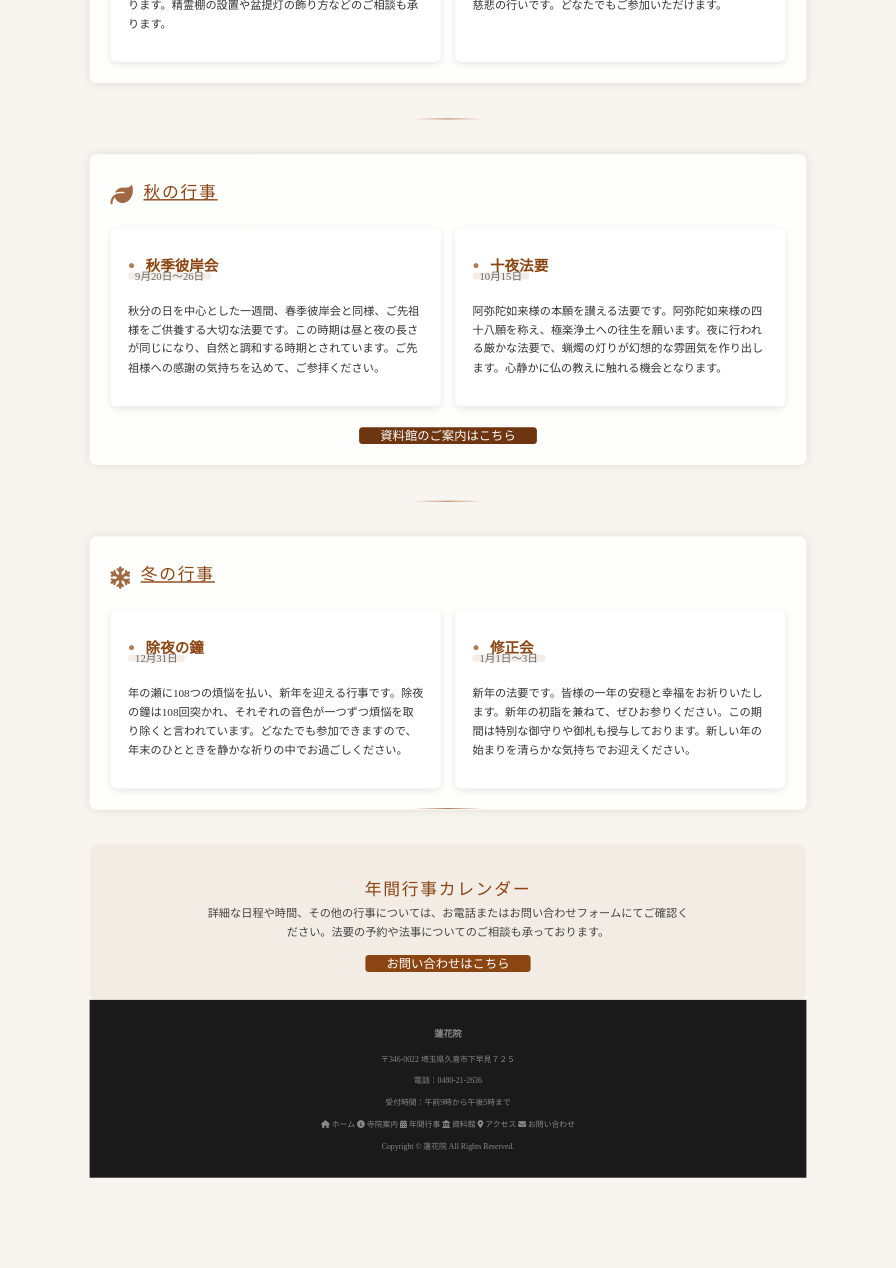
Repository: owl-onoueip/rengein-website
Page: events.html
These files come from the project's save history. The page is drawn as it stood at one moment and after the next save; the edit follows.
The browser window is 1280 px wide. The pictures show the part of the page from y = 1398 to 3318 px (the page is 3209 px tall before and 3318 px after), at 70% of full size.
Some web fonts or font styles are not loaded; a fallback is used.

Above is the page before, as saved 2025-03-10 10:58:58.

### events.html
<!DOCTYPE html>
<html lang="ja">

<head>
    <meta charset="UTF-8">
    <title>年間行事 - 真言宗智山派 蓮花院</title>
    <meta name="viewport" content="width=device-width, initial-scale=1">
    <meta name="description" content="蓮花院の年間行事のご案内です。春夏秋冬の法要や行事についてご紹介しています。">
    <link rel="stylesheet" href="css/style.css">
    <link rel="stylesheet" href="https://cdnjs.cloudflare.com/ajax/libs/font-awesome/6.4.0/css/all.min.css">
    <style>
        /* メニューボタンのスタイル */
        #menubar_hdr {
            display: block !important;
            position: fixed !important;
            z-index: 9999 !important;
            top: 10px !important;
            right: 10px !important;
            width: 80px !important;
            height: 80px !important;
            background: #fff !important;
            border: 2px solid #8b4513 !important;
            border-radius: 4px !important;
            box-shadow: 0 0 5px rgba(0, 0, 0, 0.2) !important;
            cursor: pointer !important;
            transition: all 0.3s ease !important;
        }

        #menubar_hdr:hover {
            background-color: rgba(139, 69, 19, 0.1) !important;
            transform: translateY(-3px) !important;
            box-shadow: 0 5px 10px rgba(0, 0, 0, 0.2) !important;
        }

        .menu-icon {
            width: 50px !important;
            height: 50px !important;
            position: absolute !important;
            top: 50% !important;
            left: 50% !important;
            transform: translate(-50%, -50%) !important;
        }

        .menu-icon span {
            display: block !important;
            position: absolute !important;
            width: 100% !important;
            height: 4px !important;
            background-color: #8b4513 !important;
            border-radius: 4px !important;
            transition: all 0.3s ease !important;
        }

        .menu-icon span:nth-child(1) {
            top: 15px !important;
        }

        .menu-icon span:nth-child(2) {
            width: 70% !important;
            bottom: 15px !important;
        }

        #menubar_hdr:hover .menu-icon span:nth-child(2) {
            width: 100% !important;
        }

        /* 年間行事ページのスタイル */
        .events-intro {
            text-align: center;
            max-width: 800px;
            margin: 0 auto 40px;
            background: rgba(255, 255, 255, 0.9);
            padding: 25px;
            border-radius: 10px;
            box-shadow: 0 0 15px rgba(0, 0, 0, 0.1);
        }

        .events-intro p {
            font-size: 1.1em;
            line-height: 1.8;
            margin-bottom: 15px;
        }

        .season-section {
            margin-bottom: 50px;
            padding: 30px;
            background: rgba(255, 255, 255, 0.9);
            border-radius: 10px;
            box-shadow: 0 0 15px rgba(0, 0, 0, 0.1);
        }

        .season-header {
            display: flex;
            align-items: center;
            margin-bottom: 20px;
        }

        .season-icon {
            font-size: 2em;
            color: #8b4513;
            margin-right: 15px;
            opacity: 0.8;
        }

        .season-section h3 {
            color: #8b4513;
            border-bottom: 2px solid #8b4513;
            padding-bottom: 10px;
            margin-bottom: 20px;
            font-size: 1.5em;
        }

        .event-list {
            display: grid;
            grid-template-columns: repeat(auto-fit, minmax(300px, 1fr));
            gap: 20px;
            margin-top: 20px;
        }

        .event-item {
            background: #fff;
            padding: 25px;
            border-radius: 8px;
            box-shadow: 0 3px 10px rgba(0, 0, 0, 0.1);
            transition: transform 0.3s ease, box-shadow 0.3s ease;
        }

        .event-item:hover {
            transform: translateY(-5px);
            box-shadow: 0 5px 15px rgba(0, 0, 0, 0.15);
        }

        .event-item h4 {
            color: #8b4513;
            margin-bottom: 10px;
            font-size: 1.3em;
            position: relative;
            padding-left: 25px;
        }

        .event-item h4:before {
            content: "●";
            position: absolute;
            left: 0;
            color: #8b4513;
            opacity: 0.7;
            font-size: 0.8em;
        }

        .event-date {
            color: #666;
            font-size: 0.95em;
            margin-bottom: 15px;
            padding: 5px 10px;
            background: rgba(139, 69, 19, 0.1);
            border-radius: 4px;
            display: inline-block;
        }

        .event-item p {
            line-height: 1.7;
            color: #333;
        }

        .calendar-section {
            background-color: rgba(139, 69, 19, 0.05);
            padding: 40px 0;
            margin-top: 40px;
            text-align: center;
            border-radius: 10px;
        }

        .calendar-section h3 {
            color: #8b4513;
            margin-bottom: 20px;
            font-size: 1.5em;
        }

        .calendar-section p {
            max-width: 700px;
            margin: 0 auto 20px;
            line-height: 1.7;
        }

        .contact-button {
            display: inline-block;
            background-color: #8b4513;
            color: #fff;
            padding: 12px 30px;
            border-radius: 5px;
            text-decoration: none;
            font-size: 1.1em;
            transition: all 0.3s ease;
        }

        .contact-button:hover {
            background-color: #6d3610;
            transform: translateY(-3px);
            box-shadow: 0 5px 15px rgba(0, 0, 0, 0.1);
        }

        @media screen and (max-width: 768px) {
            .event-list {
                grid-template-columns: 1fr;
            }

            .season-section {
                padding: 20px;
            }

            .events-intro {
                padding: 20px;
            }
        }
    </style>
</head>

<body>
    <div id="container">
        <header>
            <h1 id="logo"><a href="index.html"><img src="images/logo_tate.png" alt="蓮花院"></a></h1>
        </header>

        <div id="contents">
            <main>
                <h2>年間行事<span class="small">Annual Events</span></h2>

                <div class="events-intro">
                    <p>蓮花院では、年間を通じて様々な仏教行事や法要を執り行っております。これらの行事は仏教の教えに基づき、皆様の心の安らぎと成長を願って行われます。</p>
                    <p>どなたでもご参加いただけますので、お気軽にお越しください。詳細な日程や時間については、お電話またはお問い合わせフォームにてご確認ください。</p>
                </div>

                <section id="spring" class="season-section">
                    <div class="season-header">
                        <div class="season-icon">
                            <i class="fas fa-seedling"></i>
                        </div>
                        <h3>春の行事</h3>
                    </div>
                    <div class="event-list">
                        <div class="event-item">
                            <h4>春季彼岸会</h4>
                            <div class="event-date">3月18日〜24日</div>
                            <p>春分の日を中心とした一週間、ご先祖様をご供養する大切な法要です。彼岸とは、迷いの世界である此岸から、悟りの世界である彼岸へ渡ることを意味します。期間中は本堂にて読経を行い、ご先祖様の冥福をお祈りいたします。
                            </p>
                        </div>
                        <div class="event-item">
                            <h4>花まつり</h4>
                            <div class="event-date">4月8日</div>
                            <p>お釈迦様の誕生日を祝う行事です。甘茶の接待があり、お釈迦様の誕生仏に甘茶をかけて祝います。子どもたちも参加できる楽しい行事となっております。この日に参拝すると、一年の無病息災が約束されると言われています。
                            </p>
                        </div>
                    </div>
                </section>

                <section id="summer" class="season-section">
                    <div class="season-header">
                        <div class="season-icon">
                            <i class="fas fa-sun"></i>
                        </div>
                        <h3>夏の行事</h3>
                    </div>
                    <div class="event-list">
                        <div class="event-item">
                            <h4>お盆法要</h4>
                            <div class="event-date">8月13日〜16日</div>
                            <p>ご先祖様の霊がこの世に戻ってくるとされるお盆の期間、ご先祖様の供養を行います。期間中は本堂にて読経を行い、ご供養いたします。ご家族でのご参拝をお待ちしております。精霊棚の設置や盆提灯の飾り方などのご相談も承ります。
                            </p>
                        </div>
                        <div class="event-item">
                            <h4>施餓鬼会</h4>
                            <div class="event-date">8月15日</div>
                            <p>無縁仏や餓鬼道に堕ちた霊を供養し、世界平和を祈願する法要です。「施餓鬼」とは「餓鬼に施す」という意味で、飢えに苦しむ霊に食べ物を与え、苦しみから解放するという慈悲の行いです。どなたでもご参加いただけます。
                            </p>
                        </div>
                    </div>
                </section>

                <section id="autumn" class="season-section">
                    <div class="season-header">
                        <div class="season-icon">
                            <i class="fas fa-leaf"></i>
                        </div>
                        <h3>秋の行事</h3>
                    </div>
                    <div class="event-list">
                        <div class="event-item">
                            <h4>秋季彼岸会</h4>
                            <div class="event-date">9月20日〜26日</div>
                            <p>秋分の日を中心とした一週間、春季彼岸会と同様、ご先祖様をご供養する大切な法要です。この時期は昼と夜の長さが同じになり、自然と調和する時期とされています。ご先祖様への感謝の気持ちを込めて、ご参拝ください。
                            </p>
                        </div>
                        <div class="event-item">
                            <h4>十夜法要</h4>
                            <div class="event-date">10月15日</div>
                            <p>阿弥陀如来様の本願を讃える法要です。阿弥陀如来様の四十八願を称え、極楽浄土への往生を願います。夜に行われる厳かな法要で、蝋燭の灯りが幻想的な雰囲気を作り出します。心静かに仏の教えに触れる機会となります。
                            </p>
                        </div>
                    </div>
                    <div style="text-align: center; margin-top: 30px;">
                        <a href="museum.html" class="contact-button" style="background-color: #6d3610;">資料館のご案内はこちら</a>
                    </div>
                </section>

                <section id="winter" class="season-section">
                    <div class="season-header">
                        <div class="season-icon">
                            <i class="fas fa-snowflake"></i>
                        </div>
                        <h3>冬の行事</h3>
                    </div>
                    <div class="event-list">
                        <div class="event-item">
                            <h4>除夜の鐘</h4>
                            <div class="event-date">12月31日</div>
                            <p>年の瀬に108つの煩悩を払い、新年を迎える行事です。除夜の鐘は108回突かれ、それぞれの音色が一つずつ煩悩を取り除くと言われています。どなたでも参加できますので、年末のひとときを静かな祈りの中でお過ごしください。
                            </p>
                        </div>
                        <div class="event-item">
                            <h4>修正会</h4>
                            <div class="event-date">1月1日〜3日</div>
                            <p>新年の法要です。皆様の一年の安穏と幸福をお祈りいたします。新年の初詣を兼ねて、ぜひお参りください。この期間は特別な御守りや御札も授与しております。新しい年の始まりを清らかな気持ちでお迎えください。
                            </p>
                        </div>
                    </div>
                </section>

                <section class="calendar-section">
                    <h3>年間行事カレンダー</h3>
                    <p>詳細な日程や時間、その他の行事については、お電話またはお問い合わせフォームにてご確認ください。法要の予約や法事についてのご相談も承っております。</p>
                    <a href="contact.html" class="contact-button">お問い合わせはこちら</a>
                </section>
            </main>
        </div>

        <footer>
            <div class="container">
                <div class="footer-content">
                    <div class="footer-info">
                        <h3 class="footer-title">蓮花院</h3>
                        <div class="footer-address">
                            <p>〒346-0022 埼玉県久喜市下早見７２５</p>
                            <p>電話：0480-21-2636</p>
                            <p>受付時間：午前9時から午後5時まで</p>
                        </div>
                    </div>

                    <div class="footer-links">
                        <a href="index.html"><i class="fas fa-home"></i> ホーム</a>
                        <a href="about.html"><i class="fas fa-info-circle"></i> 寺院案内</a>
                        <a href="events.html"><i class="fas fa-calendar-alt"></i> 年間行事</a>
                        <a href="museum.html"><i class="fas fa-landmark"></i> 資料館</a>
                        <a href="about.html#access"><i class="fas fa-map-marker-alt"></i> アクセス</a>
                        <a href="contact.html"><i class="fas fa-envelope"></i> お問い合わせ</a>
                    </div>
                </div>

                <div class="footer-copyright">
                    <p>Copyright &copy; <a href="index.html">蓮花院</a> All Rights Reserved.</p>
                </div>
            </div>
        </footer>

        <div class="pagetop"><a href="#"><i class="fas fa-angle-double-up"></i></a></div>

        <!--ハンバーガーメニュー-->
        <a href="menu.html">
            <div id="menubar_hdr">
                <div class="menu-icon">
                    <span></span>
                    <span></span>
                </div>
            </div>
        </a>
    </div>

    <script src="https://ajax.googleapis.com/ajax/libs/jquery/3.6.0/jquery.min.js"></script>
    <script src="js/main.js"></script>
</body>

</html>

### css/inview.css
@charset "utf-8";



/*up,down,transform1,transform2の共通設定
（待機中の設定）
---------------------------------------------------------------------------*/
.up, .down, .transform1, .transform2 {
	position: relative;
	opacity: 0;		/*透明度（透明の状態）*/
}


/*up,down,transform1,transform2の共通設定
（要素が見えたら実行するアクションの設定）
---------------------------------------------------------------------------*/
.upstyle, .downstyle, .transform1style, .transform2style {
	opacity: 1;				/*透明度（色が100%出た状態）*/
	transition: 1s 0.5s;	/*1sはアニメーションの実行時間1.5秒。0.5sは0.5秒遅れてスタートする指定。*/
}


/*upスタイル。下から上にフェードインしてくるスタイル
---------------------------------------------------------------------------*/
/*待機中の設定*/
.up {
	bottom: -20px;	/*基準値の下20pxの場所からスタート*/
}

/*要素が見えたら実行するアクション*/
.upstyle {
	bottom: 0px;	/*基準値まで戻す*/
}


/*downスタイル。上から下にフェードインしてくるスタイル
---------------------------------------------------------------------------*/
/*待機中の設定*/
.down {
	top: -20px;	/*基準値の上20pxの場所からスタート*/
}

/*要素が見えたら実行するアクション*/
.downstyle {
	top: 0px;	/*基準値まで戻す*/
}


/*transform1スタイル。その場で回転するスタイル
---------------------------------------------------------------------------*/
/*待機中の設定*/
.transform1 {
	transform: scaleX(0);	/*幅を0%でスタート*/
}

/*要素が見えたら実行するアクション*/
.transform1style {
	transform: scaleX(1);	/*幅を100%に戻す*/
}


/*transform2スタイル。倒れた状態から起き上がるスタイル
---------------------------------------------------------------------------*/
/*待機中の設定*/
.transform2 {
	transform: perspective(400px) translateZ(-70px) rotateX(50deg);
}

/*要素が見えたら実行するアクション*/
.transform2style {
	transform: perspective(400px) translateZ(0px) rotateX(0deg);
}


/*blurスタイル。ぼかしで出現するスタイル。
---------------------------------------------------------------------------*/
/*待機中の設定*/
.blur {
	opacity: 0;	/*透明度（透明の状態）*/
	filter: blur(30px);
	transform: scale(1.03);
}

/*要素が見えたら実行するアクション*/
.blurstyle {
	opacity: 1;
	filter: blur(0);
	transform: scale(1);
	transition: 1s 0.5s;
}


/*transform3スタイル。小さなサイズから原寸大になるスタイル
---------------------------------------------------------------------------*/
/*キーフレーム（アニメーション）設定*/
@keyframes transform3 {
0% {
	transform: scale(0);
}
50% {
	transform: scale(1.05);
}
70% {
	transform: scale(0.99);
}
100% {
	transform: scale(1);
}
}

/*待機中の設定*/
.transform3 {
	transform: scale(0);
}

/*要素が見えたら実行するアクション*/
.transform3style {
	animation: transform3 0.8s ease-out 0.5s both;
}

Loaded but not shown: js/main.js (54 lines, source omitted); css/style.css (1465 lines, source omitted)

After the next save:
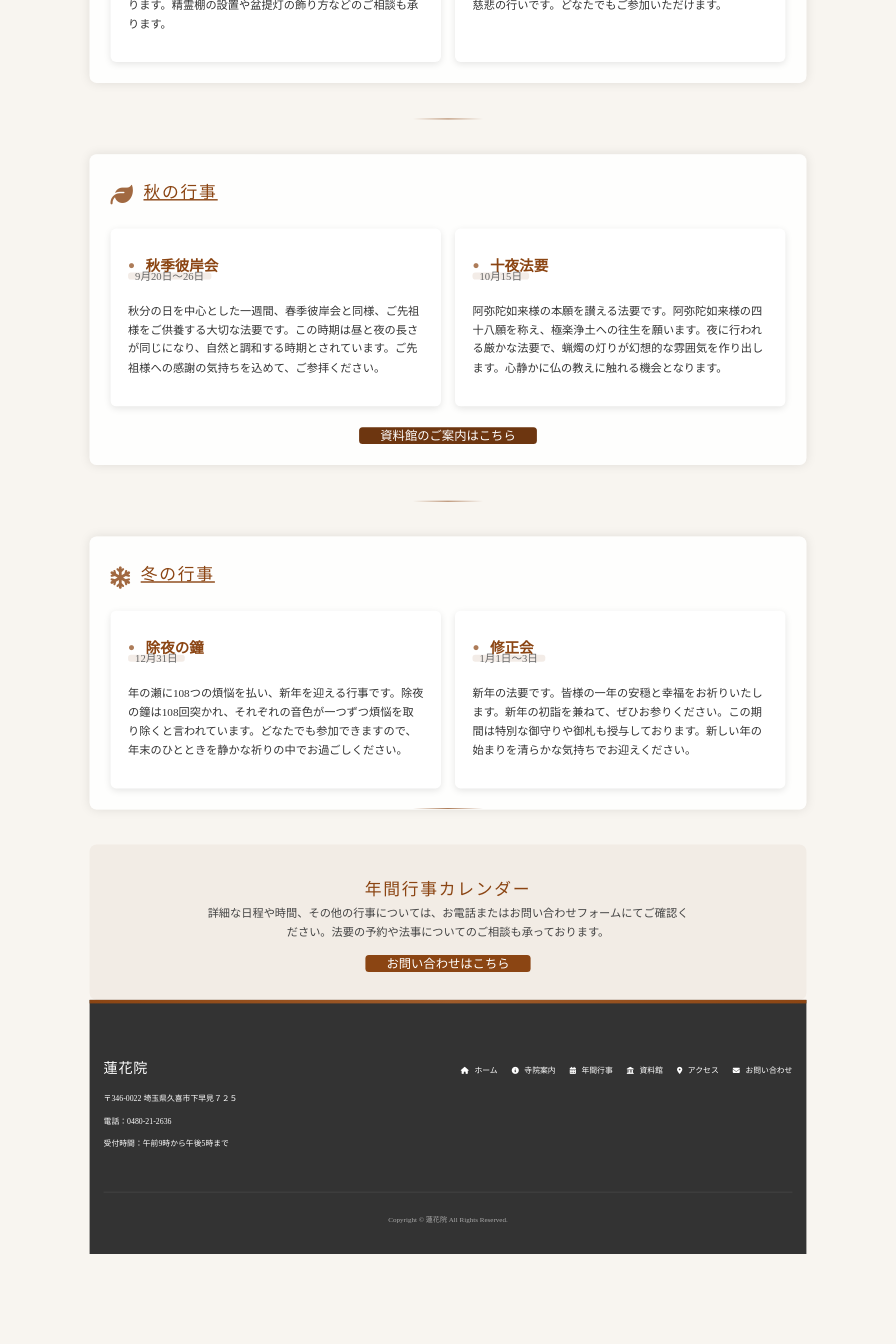
Saved 31 s later.
--- a/events.html
+++ b/events.html
@@ -212,6 +212,119 @@
                 padding: 20px;
             }
         }
+
+        /* フッタースタイル */
+        footer {
+            background: #333;
+            color: white;
+            padding: 60px 0 30px;
+            text-align: center;
+            position: relative;
+        }
+
+        footer::before {
+            content: '';
+            position: absolute;
+            top: 0;
+            left: 0;
+            width: 100%;
+            height: 5px;
+            background: linear-gradient(to right, #8b4513, #a05c2b, #8b4513);
+        }
+
+        .footer-content {
+            display: flex;
+            flex-direction: column;
+            align-items: center;
+        }
+
+        @media (min-width: 768px) {
+            .footer-content {
+                flex-direction: row;
+                justify-content: space-between;
+                align-items: flex-start;
+                text-align: left;
+            }
+        }
+
+        .footer-info {
+            margin-bottom: 30px;
+        }
+
+        @media (min-width: 768px) {
+            .footer-info {
+                margin-bottom: 0;
+                flex: 1;
+                margin-right: 40px;
+            }
+        }
+
+        .footer-title {
+            font-size: 1.8em;
+            margin-bottom: 15px;
+            color: white;
+            font-weight: normal;
+            letter-spacing: 0.05em;
+        }
+
+        .footer-address {
+            margin-bottom: 20px;
+            line-height: 1.8;
+        }
+
+        .footer-links {
+            display: flex;
+            flex-wrap: wrap;
+            justify-content: center;
+            gap: 20px;
+            margin-top: 30px;
+        }
+
+        @media (min-width: 768px) {
+            .footer-links {
+                justify-content: flex-start;
+            }
+        }
+
+        .footer-links a {
+            color: white;
+            text-decoration: none;
+            transition: color 0.3s ease;
+            display: flex;
+            align-items: center;
+        }
+
+        .footer-links a i {
+            margin-right: 8px;
+            font-size: 0.9em;
+        }
+
+        .footer-links a:hover {
+            color: #ddd;
+        }
+
+        .footer-copyright {
+            margin-top: 40px;
+            padding-top: 20px;
+            border-top: 1px solid rgba(255, 255, 255, 0.1);
+            font-size: 0.9em;
+            color: #aaa;
+        }
+
+        .footer-copyright a {
+            color: #aaa;
+            text-decoration: none;
+        }
+
+        .footer-copyright a:hover {
+            color: white;
+        }
+
+        .container {
+            max-width: 1200px;
+            margin: 0 auto;
+            padding: 0 20px;
+        }
     </style>
 </head>
 
